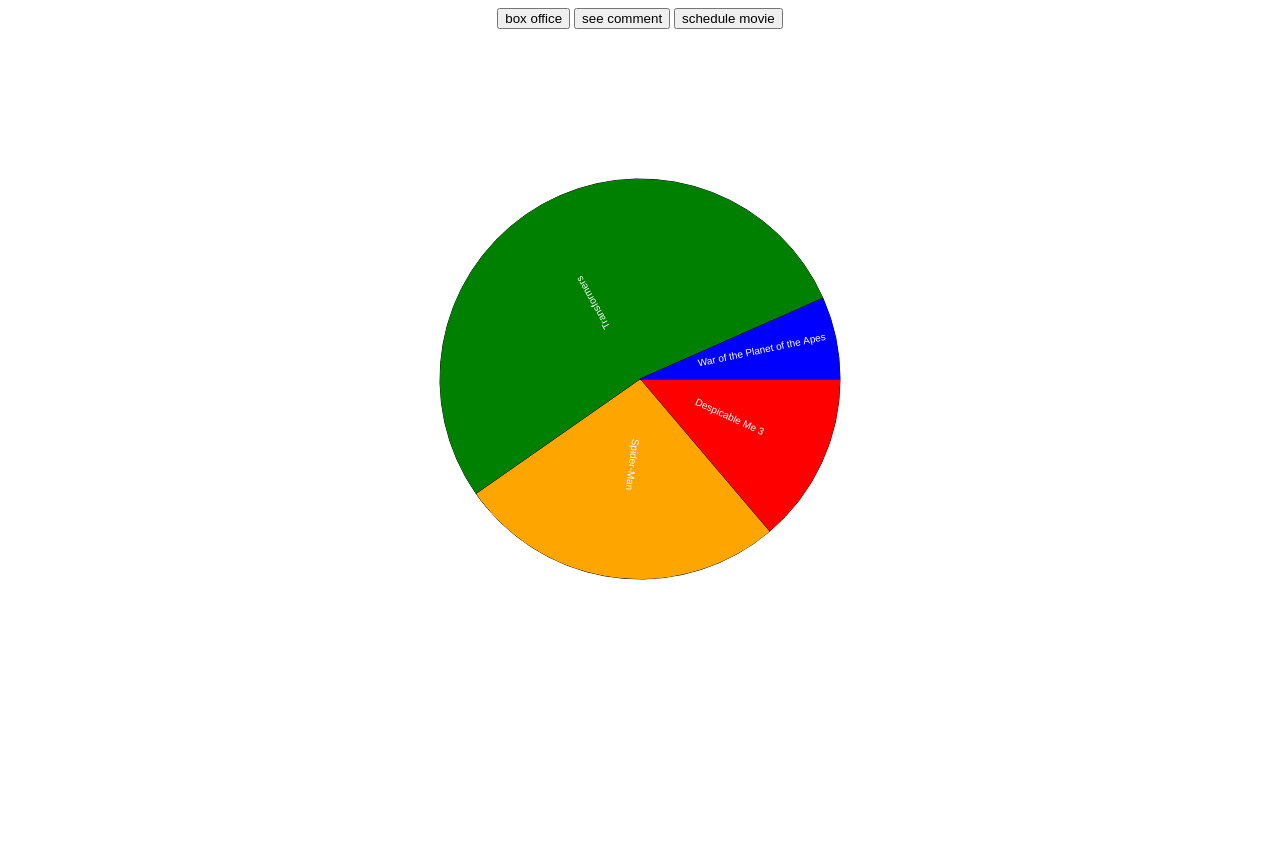
Repository: ycdtc/movie
Page: aaa/WebContent/sales.html
These files come from the project's save history. The page is drawn as it stood at one moment and after the next save; the edit follows.
The browser window is 1280 px wide. The pictures show the whole page.
After loading, the first visible `#boxoffice` was clicked once.
Some web libraries are served in a nearby version.

Above is the page before, as saved 2017-07-07 05:57:47.

After the next save:
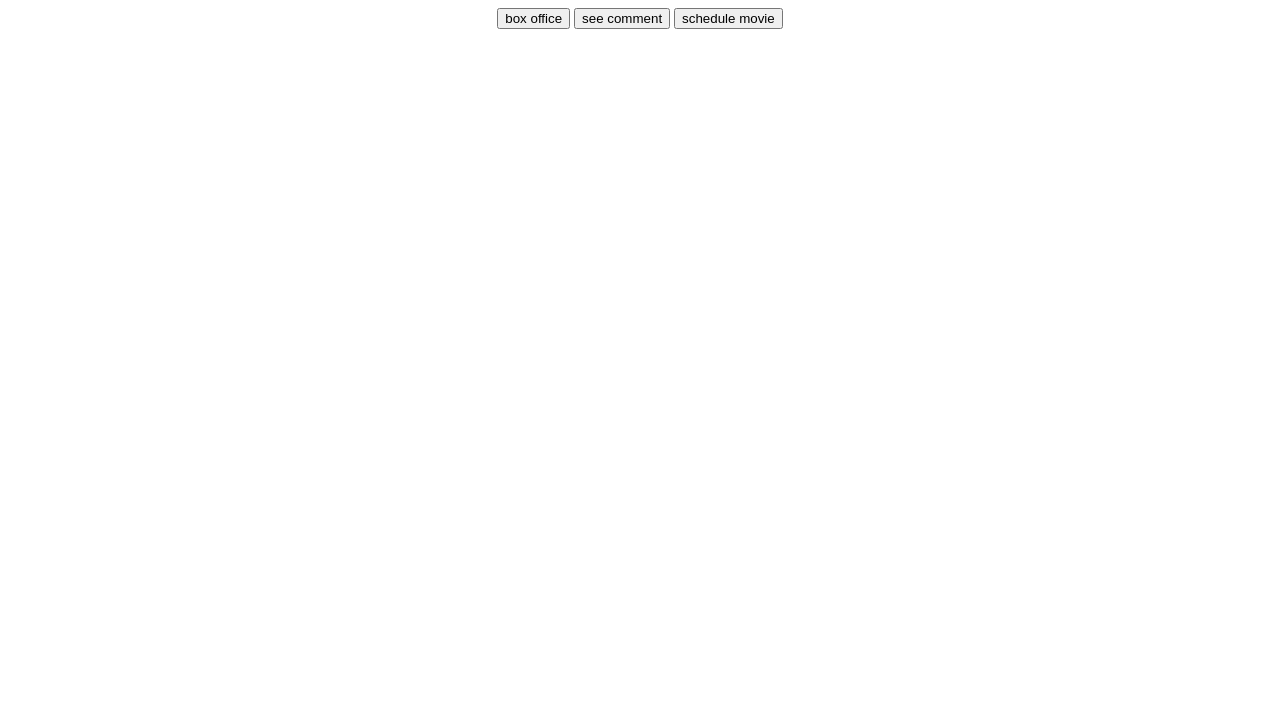
Console error: ReferenceError: dbGetValue is not defined
Saved 2 min 44 s later.
--- a/aaa/WebContent/sales.html
+++ b/aaa/WebContent/sales.html
@@ -18,14 +18,14 @@
 var moviePath = "D:/data/movieinfo.txt";
 $("#boxoffice").click(function(){
 	$("#res").empty();
-	//var movies = dbGetValue(moviePath,"movie",{"status":"present"});
-	//var value1 = [];
-	//for(var i=0;i<movies.length;i++){
-		//value1.push(dbSearch(path, {"movie":movies[i]})[0]["box office"]);
-	//}
+	var movies = dbGetValue(moviePath,"movie",{"status":"present"});
+	var value1 = [];
+	for(var i=0;i<movies.length;i++){
+		value1.push(dbSearch(path, {"movie":movies[i]})[0]["box office"]);
+	}
 	var movies = ["Despicable Me 3","Spider-Man","Transformers","War of the Planet of the Apes"];
 	var value1 = [2365,4547,9105,1136];
-	$("#res").append($("<canvas id='can1' width='800' height='800'>当前浏览器不支持canvas，请更换浏览器使用！</canvas>"));
+	$("#res").append($("<canvas id='can1' class='chart'>当前浏览器不支持canvas，请更换浏览器使用！</canvas>"));
 	drawPie("can1", value1, movies);
 });
 
